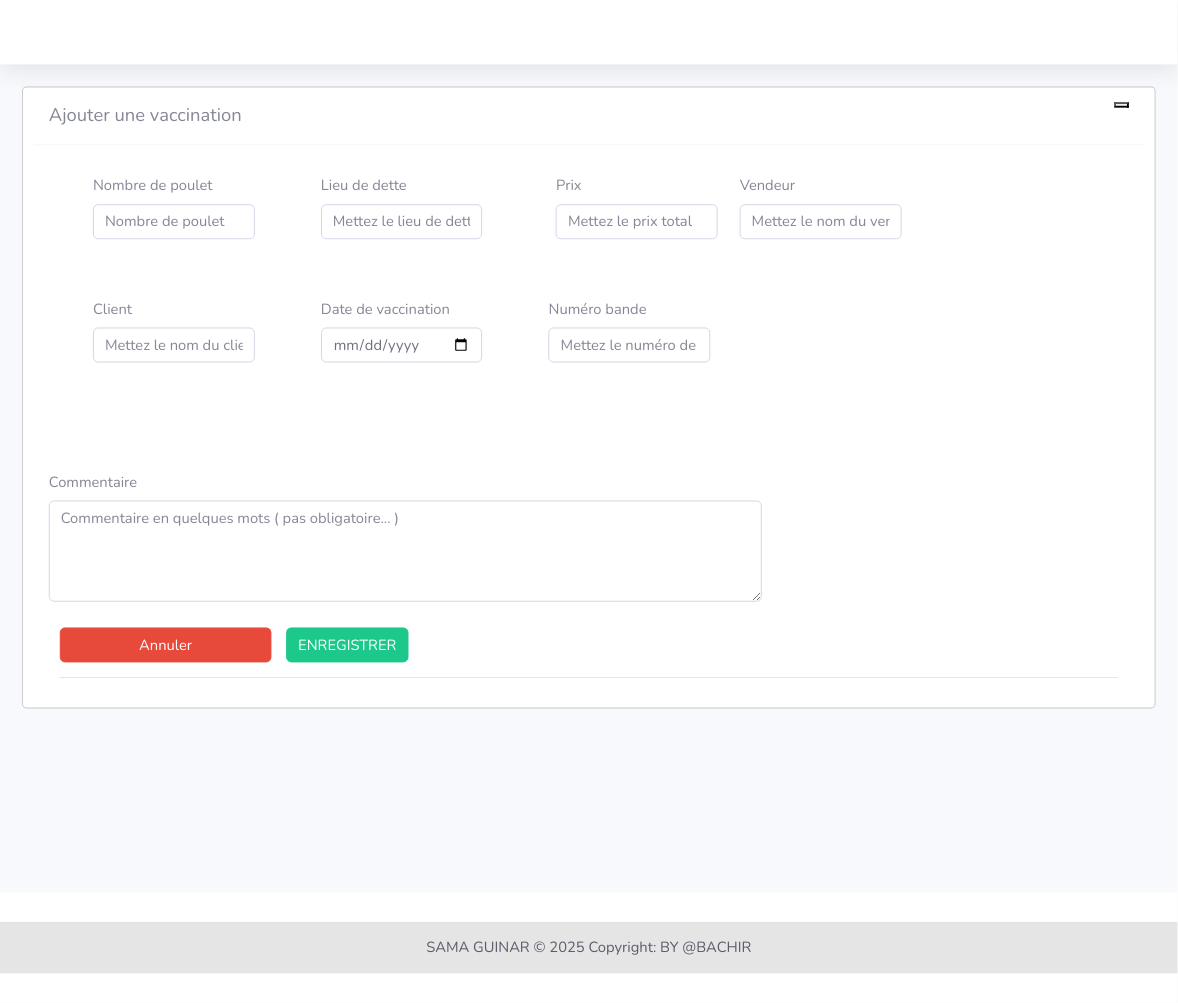
Repository: bachirNdiaye1996/elevage
Page: http://localhost/Dette/ajouterDetteFormulaire.php
An editor plug-in stored every save of this project. The page is shown before and after the next save, followed by the edit.
The browser window is 1280 px wide. The pictures show the whole page, at 92% of full size.
The page is run by PHP 8.4 with error messages shown; the project is at /var/www/html/. The session is filled in as if someone had signed in: {"id": 1, "nomcomplet": "Test User", "numTelephone": 1, "username": "testuser", "email": "test@example.com", "user": "testuser"}. Other server files are loaded and not shown.

Above is the page before, as saved 2025-06-27 12:21:58.

### Dette/ajouterDetteFormulaire.php

<?php

    session_start();

    if(!$_SESSION['nomcomplet']){
        header('Location: ../404.php');
    }

    include "../connexion/conexiondb.php";

    //Insertion des réceptions
    if(isset($_POST['CreerDette'])){
        $nombrepoulet=htmlspecialchars($_POST['nombrepoulet']);
        $prix=htmlspecialchars($_POST['prix']);
        $lieudette=htmlspecialchars($_POST['lieudette']);
        $vendeur=htmlspecialchars($_POST['vendeur']);
        $paye=htmlspecialchars($_POST['paye']);
        $client=htmlspecialchars($_POST['client']);
        $datedette=htmlspecialchars($_POST['datedette']);
        $commentaire=htmlspecialchars($_POST['commentaire']);
        $idreceptionpoussin=htmlspecialchars($_POST['idreceptionpoussin']);


        $insertUser=$db->prepare("INSERT INTO `dette` (`iddette`,`actif`,`nombrepoulet`,`prix`,`lieudette`,`vendeur`,`client`,`paye`,`idreceptionpoussin`,`commentaire`,`datedette`,`datecreation`)
        VALUES (NULL, 1, ?, ?, ?, ?, ?, ?, ?, ?, ?, current_timestamp());");
        $insertUser->execute(array($nombrepoulet,$prix,$lieudette,$vendeur,$client,$paye,$idreceptionpoussin,$commentaire,$datedette));


        header("location: dette.php");
        exit;
    }

?>

<!DOCTYPE html>
<html lang="en">

<head>

<meta charset="utf-8">
    <meta http-equiv="X-UA-Compatible" content="IE=edge">
    <meta name="viewport" content="width=device-width, initial-scale=1, shrink-to-fit=no">
    <meta name="description" content="">
    <meta name="author" content="">

    <link rel="shortcut icon" href="../image/iconOnglet.jpg" />
    <title>SAMA GUINAR</title>

    <!-- Custom fonts for this template -->
    <link href="../indexPage/vendor/fontawesome-free/css/all.min.css" rel="stylesheet" type="text/css">
    <link
        href="https://fonts.googleapis.com/css?family=Nunito:200,200i,300,300i,400,400i,600,600i,700,700i,800,800i,900,900i"
        rel="stylesheet">

    <!-- Sweet Alert -->
    <link href="../libs/sweetalert2/sweetalert2.min.css" rel="stylesheet" type="text/css"/>
    <script src="../libs/sweetalert2/sweetalert2.min.js"></script>
    <script src="../libs/sweetalert2/jquery-1.12.4.js"></script>

    <!-- Custom styles for this template -->
    <link href="../indexPage/css/sb-admin-2.min.css" rel="stylesheet">

    <!-- Custom styles for this page -->
    <link href="../indexPage/vendor/datatables/dataTables.bootstrap4.min.css" rel="stylesheet">

</head>

<body id="page-top">

    <!-- Page Wrapper -->
    <div id="wrapper">


        <!-- Content Wrapper -->
        <div id="content-wrapper" class="d-flex flex-column">

            <!-- Main Content -->
            <div id="content">

                <!-- Topbar -->
                <nav class="navbar navbar-expand navbar-light bg-white topbar mb-4 static-top shadow">

                    <!-- Sidebar Toggle (Topbar) -->
                    <button id="sidebarToggleTop" class="btn btn-link d-md-none rounded-circle mr-3">
                        <i class="fa fa-bars"></i>
                    </button>

                </nav>
                <!-- End of Topbar -->

                <!-- Begin Page Content -->
                <div class="container-fluid" style="margin-bottom: 200px;">
                    <!-- Content Row -->
                    <div class="row">
                        <!-- Modale pour ajouter reception -->
                        <div class="col-lg-12 ">
                            <div class="modal-dialog-centered">
                                <div class="modal-content col-lg-12">
                                    <div class="modal-header">
                                        <h5 class="modal-title" id="myExtraLargeModalLabel">Ajouter une vaccination</h5>
                                        <button type="button" class="btn-close" data-bs-dismiss="modal" aria-label="Close"></button>
                                    </div>
                                    <div class="modal-body">
                                        <form action="#" method="POST" enctype="multipart/form-data">
                                            <div class="row">
                                                <div class="col-md-2 ml-5 mr-5 mt-3">
                                                    <div class="mb-5 text-start">
                                                        <label class="form-label fw-bold" for="nom">Nombre de poulet</label>
                                                        <input class="form-control" type="text" name="nombrepoulet" value="" id="validationDefault01" placeholder="Nombre de poulet">
                                                    </div>
                                                </div>
                                                <div class="col-md-2 mr-2 mt-3">
                                                    <div class="mb-1 text-start">
                                                        <label class="form-label fw-bold" for="nom">Lieu de dette</label>
                                                        <input class="form-control" type="text" name="lieudette" value="" id="validationDefault02" required placeholder="Mettez le lieu de dette">
                                                    </div>
                                                </div>
                                                <div class="col-md-2 ml-5 mt-3">
                                                    <div class="mb-1 text-start">
                                                        <label class="form-label fw-bold" for="nom">Prix</label>
                                                        <input class="form-control" type="text" name="prix" value="" id="validationDefault03" placeholder="Mettez le prix total">
                                                    </div>
                                                </div>
                                                <div class="col-md-2 mr-2 mt-3">
                                                    <div class="mb-1 text-start">
                                                        <label class="form-label fw-bold" for="nom">Vendeur</label>
                                                        <input class="form-control" type="text" name="vendeur" value="" id="validationDefault02" required placeholder="Mettez le nom du vendeur">
                                                    </div>
                                                </div>
                                                <div class="col-md-2 ml-5 mt-3">
                                                    <div class="mb-1 text-start">
                                                        <label class="form-label fw-bold" for="nom">Client</label>
                                                        <input class="form-control" type="text" name="client" value="" id="validationDefault03" placeholder="Mettez le nom du client">
                                                    </div>
                                                </div>
                                                <div class="col-md-2 mt-3 ml-5 mb-5">
                                                    <div class="mb-1 text-start">
                                                        <label class="form-label fw-bold" for="nom">Date de vaccination</label>
                                                        <input class="form-control" type="date" name="datevente" value="" id="validationDefault25" required>
                                                    </div>
                                                </div>
                                                <div class="col-md-2 ml-5 mt-3">
                                                    <div class="mb-1 text-start">
                                                        <label class="form-label fw-bold" for="nom">Numéro bande</label>
                                                        <input class="form-control" type="text" name="idreceptionpoussin" value="" id="validationDefault03" placeholder="Mettez le numéro de la bande">
                                                    </div>
                                                </div>
                                                <div class="col-md-6 invisible">
                                                    <div class="mb-1 text-start">
                                                        <label class="form-label fw-bold" for="user" ></label>
                                                        <input class="form-control " type="text" value="<?php
                                                            echo $_SESSION['nomcomplet'];
                                                        ?>" name="user" id="example-date-input2">
                                                    </div>
                                                </div>
                                                <div class="col-md-8">
                                                    <div class="mb-1 text-start">
                                                        <label class="form-label fw-bold" for="commentaire" >Commentaire</label>
                                                        <textarea class="form-control"  name="commentaire" rows="4" cols="50" placeholder="Commentaire en quelques mots ( pas obligatoire... )"></textarea>
                                                    </div>
                                                </div>
                                            </div>
                                            <div class="row">
                                                <div class="col-md-12 text-end">
                                                    <div class="col-md-8 align-items-center col-md-12 text-end">
                                                        <div class="d-flex gap-2 pt-4">
                                                            <a href="vente.php ?>"><input class="btn btn-danger  w-lg bouton mr-3" name=""  value="Annuler"></a>
                                                            <input class="btn btn-success  w-lg bouton mr-3" name="CreerVente" type="submit" value="ENREGISTRER">
                                                        </div>
                                                        <hr/>
                                                    </div>
                                                </div>
                                            </div>
                                        </form>
                                    </div>
                                </div><!-- /.modal-content -->
                            </div><!-- /.modal-dialog -->
                        </div><!-- /.modal -->
                    </div>
                </div>
                <!-- /.container-fluid -->
            </div>
            <!-- End of Main Content -->

             <!-- Footer -->
            <footer class="sticky-footer bg-white">
                <div class="text-center text-dark p-3" style="background-color: rgba(0, 0, 0, 0.1);">
                    SAMA GUINAR © <script>document.write(new Date().getFullYear())</script> Copyright:
                    <a class="text-dark" href="#">BY @BACHIR</a>
                </div>
            </footer>
            <!-- End of Footer -->

        </div>
        <!-- End of Content Wrapper -->

    </div>
    <!-- End of Page Wrapper -->

    <!-- Scroll to Top Button-->
    <a class="scroll-to-top rounded" href="#page-top">
        <i class="fas fa-angle-up"></i>
    </a>


    <!-- Bootstrap core JavaScript-->
    <script src="../indexPage/vendor/jquery/jquery.min.js"></script>
    <script src="../indexPage/vendor/bootstrap/js/bootstrap.bundle.min.js"></script>

    <!-- Core plugin JavaScript-->
    <script src="../indexPage/vendor/jquery-easing/jquery.easing.min.js"></script>

    <!-- Custom scripts for all pages-->
    <script src="../indexPage/js/sb-admin-2.min.js"></script>

    <!-- Page level plugins -->
    <script src="../indexPage/vendor/datatables/jquery.dataTables.min.js"></script>
    <script src="../indexPage/vendor/datatables/dataTables.bootstrap4.min.js"></script>

    <!-- Page level custom scripts -->
    <script src="../indexPage/js/demo/datatables-demo.js"></script>

</body>

</html>

### connexion/conexiondb.php
<?php
    #$servername = "mysql-boulangerie.alwaysdata.net";
    $username = "root";
    $password = "";
    $db_name = "elevage";

    $db = new PDO("mysql:host=localhost;dbname=$db_name;charset=utf8", $username, $password);

?>

Loaded but not shown: libs/sweetalert2/sweetalert2.min.css (library); libs/sweetalert2/sweetalert2.min.js (library); libs/sweetalert2/jquery-1.12.4.js (library); indexPage/css/sb-admin-2.min.css (library); indexPage/js/sb-admin-2.min.js (common file); indexPage/js/demo/datatables-demo.js (common file)

After the next save:
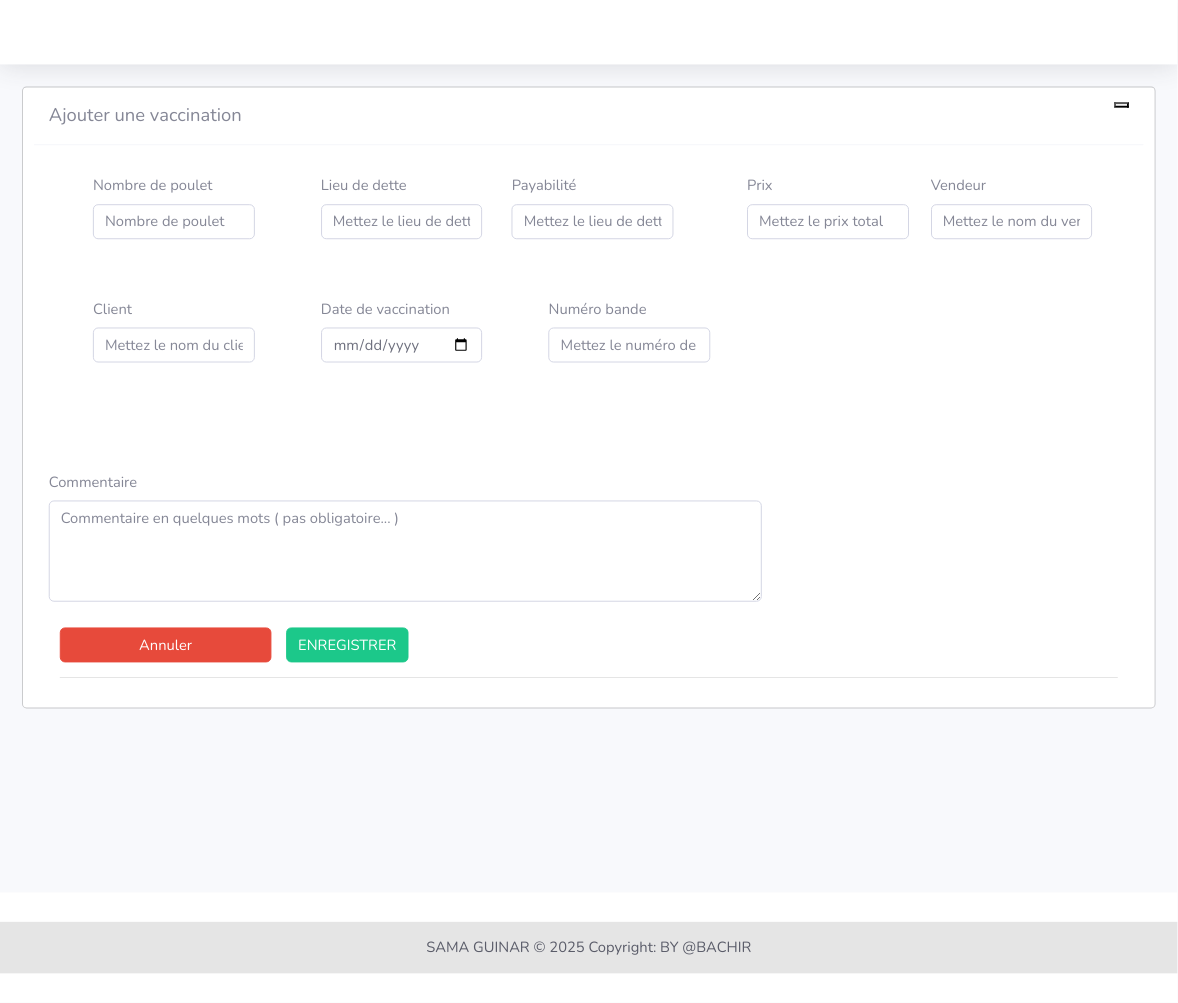
Saved 38 s later.
--- a/Dette/ajouterDetteFormulaire.php
+++ b/Dette/ajouterDetteFormulaire.php
@@ -116,6 +116,12 @@
                                                         <input class="form-control" type="text" name="lieudette" value="" id="validationDefault02" required placeholder="Mettez le lieu de dette">
                                                     </div>
                                                 </div>
+                                                <div class="col-md-2 mr-2 mt-3">
+                                                    <div class="mb-1 text-start">
+                                                        <label class="form-label fw-bold" for="nom">Payabilité</label>
+                                                        <input class="form-control" type="text" name="lieudette" value="" id="validationDefault02" required placeholder="Mettez le lieu de dette">
+                                                    </div>
+                                                </div>
                                                 <div class="col-md-2 ml-5 mt-3">
                                                     <div class="mb-1 text-start">
                                                         <label class="form-label fw-bold" for="nom">Prix</label>
